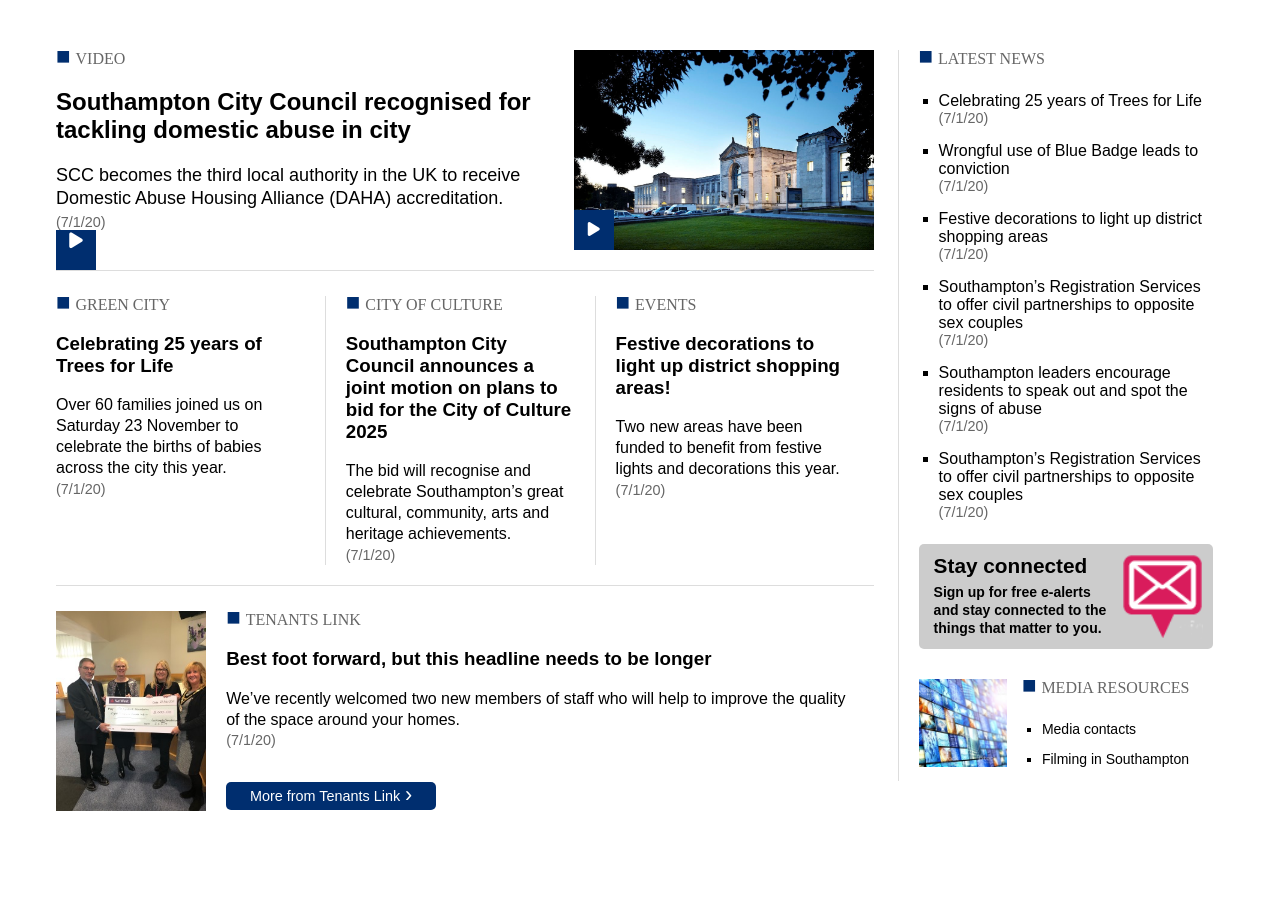
Repository: Domehead123/newspage
Page: index7.html
The author's editor kept a record of every edit. The page is drawn from the files as they stood at one moment, then again after the next edit.
The browser window is 1280 px wide. The pictures show the whole page.
Some web libraries are served in a nearby version.

Above is the page before.

After the next edit:
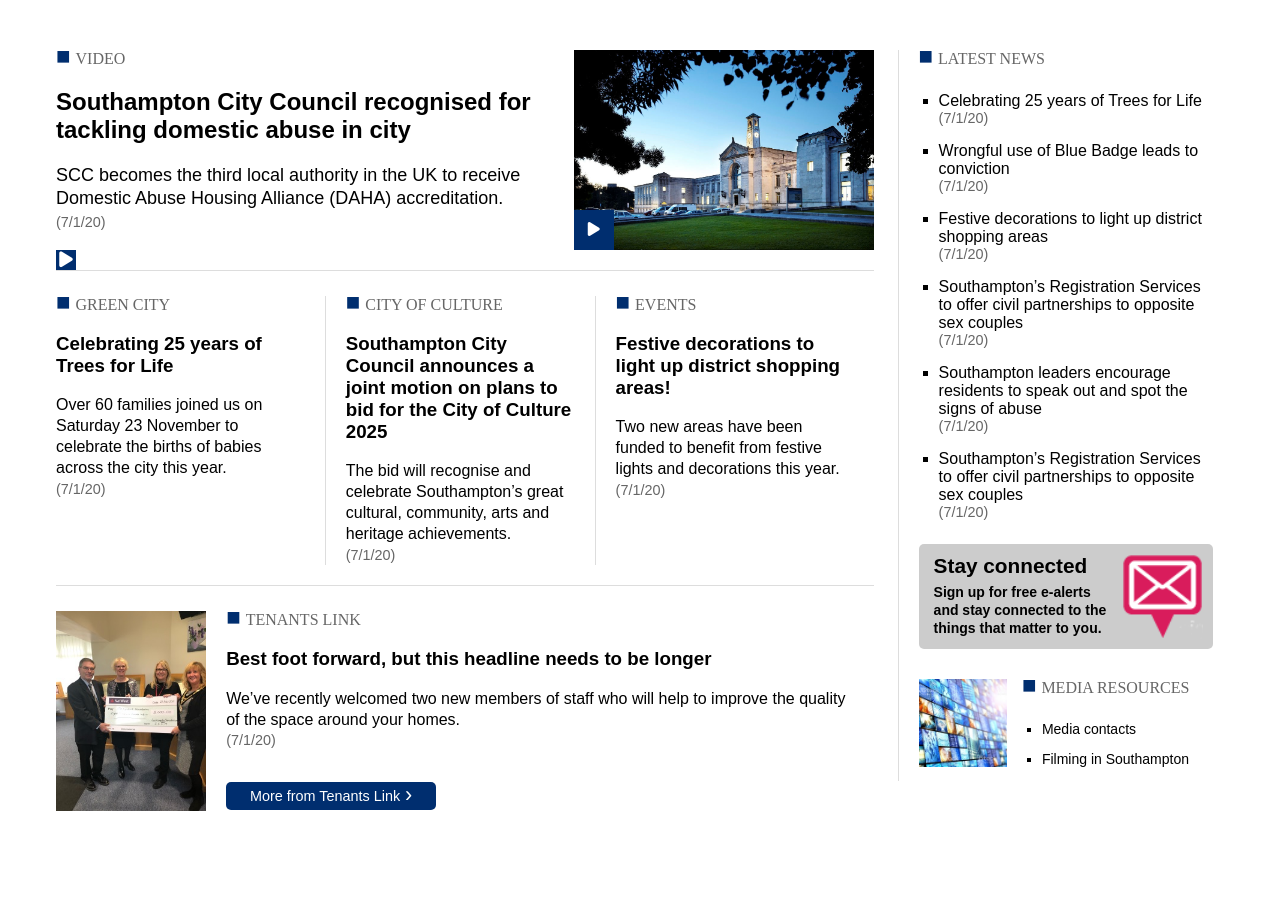
The edit:
--- a/news3.css
+++ b/news3.css
@@ -159,6 +159,13 @@
     line-height: 40px;
 }
 
+.small-image-wrapper .play {
+     width: 20px;
+    height: 20px;
+    line-height: 20px;
+}
+
+
 
 .large-video {
     float: right;
